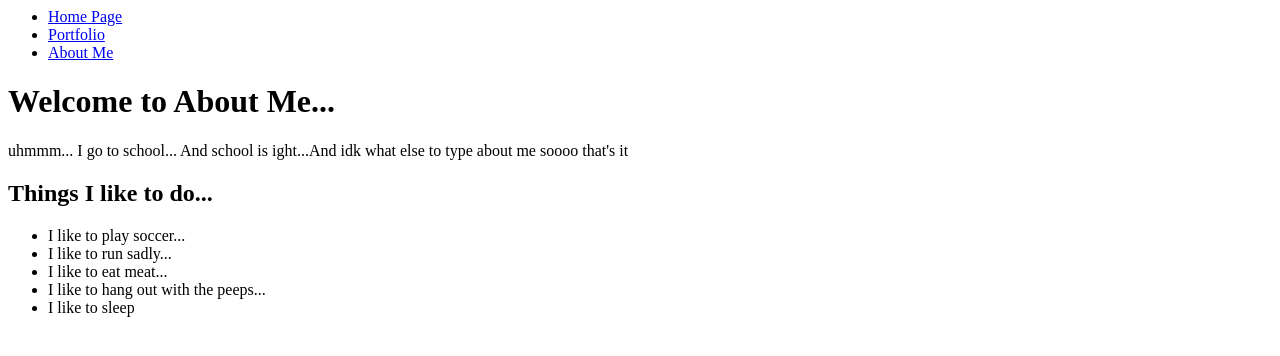
Repository: LilHel21/LillianRod.github.io
Page: about-me.html
The author's editor kept a record of every edit. The page is drawn from the files as they stood at one moment, then again after the next edit.
The browser window is 1280 px wide. The pictures show the whole page.

Above is the page before.

After the next edit:
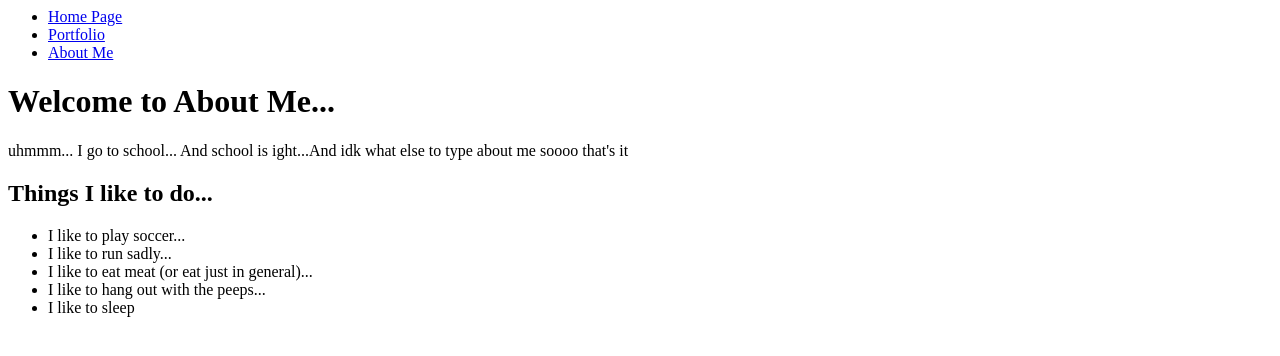
The edit:
--- a/about-me.html
+++ b/about-me.html
@@ -24,7 +24,7 @@
             <ul>
                 <li>I like to play soccer...</li>
                 <li>I like to run sadly...</li>
-                <li>I like to eat meat...</li>
+                <li>I like to eat meat (or eat just in general)...</li>
                 <li>I like to hang out with the peeps...</li>
                 <li>I like to sleep</li>
             </ul>
